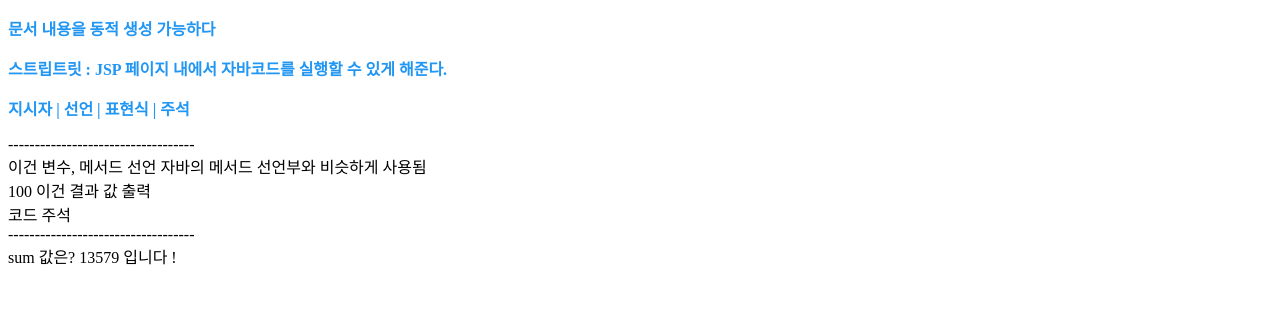
Repository: hyejux/JSP_STUDY
Page: http://localhost/JSPPractice2/JSP_ex1.jsp
These files come from the project's save history. The page is drawn as it stood at one moment and after the next save; the edit follows.
The browser window is 1280 px wide. The pictures show the whole page.
The page is served by Tomcat 9.

Above is the page before, as saved 2025-01-07 14:48:23.

After the next save:
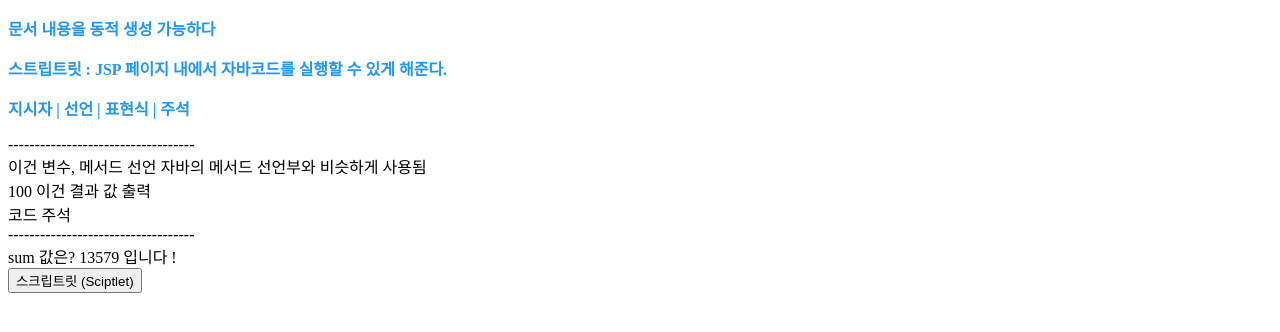
Saved 43 s later.
--- a/JSPPractice2/src/main/webapp/JSP_ex1.jsp
+++ b/JSPPractice2/src/main/webapp/JSP_ex1.jsp
@@ -32,7 +32,7 @@ int sum = a + b ;
 
 <div> sum 값은? <%= sum %> 입니다 ! </div>
 
-
+	<button type="button" onclick = "location.href='index.jsp'"> 스크립트릿 (Sciptlet) </button>
 
 </body>
 </html>
